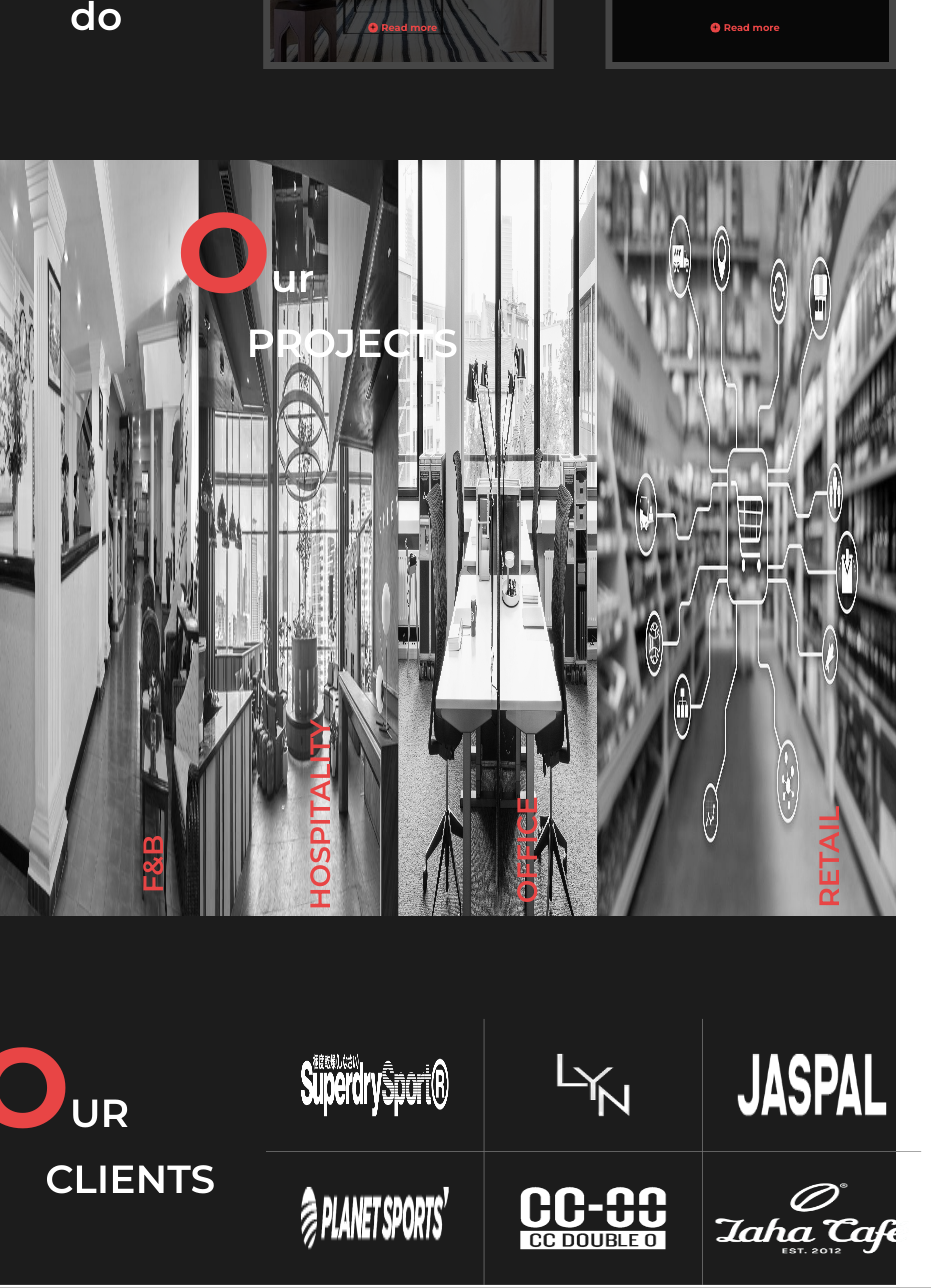
Repository: iphoneboy46/demoMonaFigma
Page: index.html
An editor plug-in stored every save of this project. The page is shown before and after the next save, followed by the edit.
The browser window is 1280 px wide. The page is 1330 px wide, so the pictures cover 1330 px, including what lies to the right of the window. The pictures show the part of the page from y = 2441 to 4281 px (the page is 4281 px tall), at 70% of full size.
The pointer rests on the first visible `.section__logo-1`.
Some web libraries are served in a nearby version.

Above is the page before, as saved 2023-03-20 22:20:58.

After the next save:
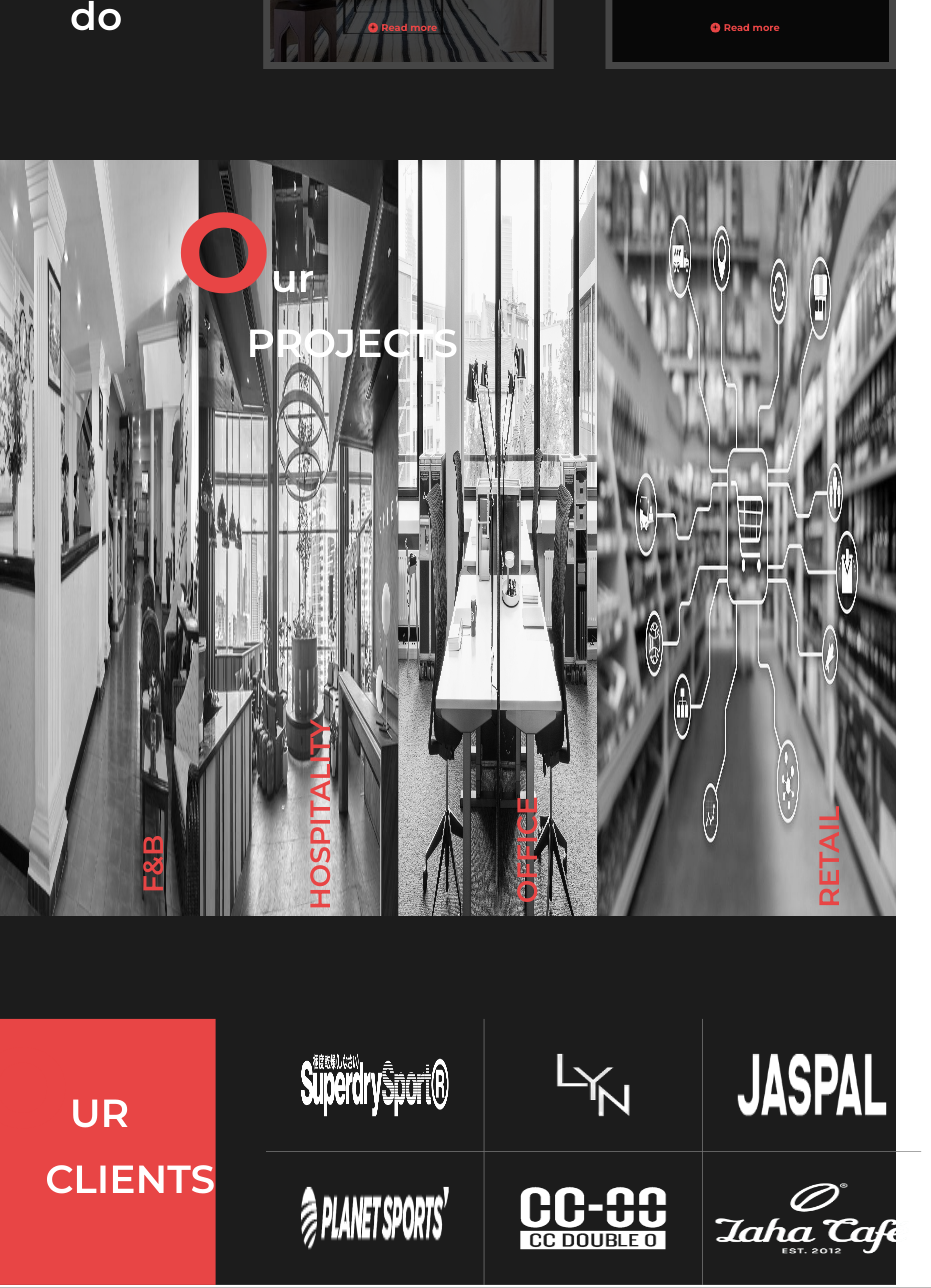
Saved 3 min 44 s later.
--- a/style.css
+++ b/style.css
@@ -954,6 +954,12 @@
   grid-area: h1;
   margin-right: 72px;
 }
+
+.section__logo-1:hover{
+  background: var(--color-main);
+}
+
+
 .section__logo-2{
   grid-area: h2;
   padding: 50px;
